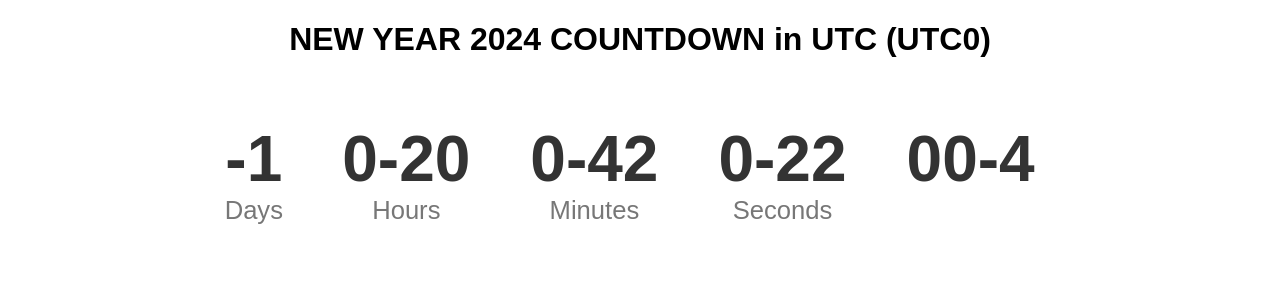
Repository: end888160/end888160.github.io
Page: countdown.html
These files come from the project's save history. The page is drawn as it stood at one moment and after a run of saves; the edit follows.
The browser window is 1280 px wide. The pictures show the whole page.

Above is the page before, as saved 2024-09-22 13:53:14.
Console error: ReferenceError: countdown is not defined

### countdown.html
<!DOCTYPE html>
<html lang="en">
<head>
	<meta charset="UTF-8">
	<meta name="viewport" content="width=device-width, initial-scale=1.0">
	<meta name="description" content="Let's celebrate the New Year!">
	<title>Countdown</title>
	<style>
	.countdown {
		display: flex;
		justify-content: center;
		align-items: center;
		text-align: center;
		font-family: Arial, Helvetica, sans-serif;
		font-size: xx-large;
		margin-top: 5%;
		color: #333;
	}

	.countdown-item {
		margin: 0 10px;
		text-align: center;

	}

	.countdown-value {
		font-size: 2em;
		font-weight: bold;
		padding-left: 20px;
		padding-right: 20px;

	}

	.countdown-label {
		font-size: 0.8em;

		color: #777;
	}
	h1 {
		text-align: center;
		font-family: Arial, Helvetica, sans-serif;
		font-size: xx-large;

	}

	@media (prefers-color-scheme: light) {
		html {
			background-color: white;
			color: black;
		}
		h2 {
			color:white;
		}
	}
	@media (prefers-color-scheme: dark) {
		.countdown-item {
			color: #bbb
		}
		h2 {
			color:black;
		}
		html {
			background-color: black;
			color: white;
		}
	}
	@media only screen and (orientation: portrait) {
		.countdown {
			display: block;
		}
		.countdown-value {
			padding-top: 3px;

		}
		h1 {
			font-size: x-large;
		}
	}
	</style>
</head>
<body>
	<h1 id="header"></h1>
	<div class="countdown">
	<div class="countdown-item">
		<div class="countdown-value" id="days"></div>
		<div class="countdown-label">Days</div>
	</div>
	<div class="countdown-item">
		<div class="countdown-value" id="hours"></div>
		<div class="countdown-label">Hours</div>
	</div>
	<div class="countdown-item">
		<div class="countdown-value" id="minutes"></div>
		<div class="countdown-label">Minutes</div>
	</div>
	<div class="countdown-item">
		<div class="countdown-value" id="seconds"></div>
		<div class="countdown-label">Seconds</div>
	</div>
	<div class="countdown-item">
		<div class="countdown-value" id="mseconds"></div>
		<div class="countdown-label"><br></div>
	</div>
	<div class="countdown-item">




	</div>
</div>

<script>

// Update the count down every 1 second]
if ( new Date().getMonth() + 1 === 1 )  {
    var IfMonth = true
} else {
	var IfMonth = "false"
}
if ( new Date().getDate() === 1 )  {
    var IfDate = true
} else {
	var IfMonth = "false"
}
if ( IfMonth === IfDate ) {
    var countDownTarget = new Date().getFullYear();
} else {
	var countDownTarget = new Date().getFullYear() + 1;
}


var x = setInterval(function countdown() {

	// Set the date we're counting down to
	var countDownDate = new Date("Jan 1, " + countDownTarget + " 00:00:00").getTime();
	var currentTimeZone = Intl.DateTimeFormat().resolvedOptions().timeZone
	var offsetTimeZone = new Date().getTimezoneOffset();
	if (offsetTimeZone > 0){
    offsetTimeZonem = offsetTimeZone - (Math.floor(offsetTimeZone / 60) * 60);
    } else {
      offsetTimeZonem = offsetTimeZone - (Math.ceil(offsetTimeZone / 60) * 60);

    }
    offsetTimeZone = (offsetTimeZone / 60) * (-1);
    if (offsetTimeZone > 0){
       offsetTimeZone = "+" + offsetTimeZone;
    }
    if (offsetTimeZonem < 10){
       offsetTimeZonem = "0" + offsetTimeZonem;
    }

	// Get today's date and time
	var now = new Date().getTime();

	// Find the distance between now and the count down date
	var distance = countDownDate - now;

	// Time calculations for days, hours, minutes and seconds
	var days = Math.floor(distance / (1000 * 60 * 60 * 24));
	var hours = Math.floor((distance % (1000 * 60 * 60 * 24)) / (1000 * 60 * 60));
	var hour = hours < 10 ? "0" + hours : hours;
	var minutes = Math.floor((distance % (1000 * 60 * 60)) / (1000 * 60));
	var minute = minutes < 10 ? "0" + minutes : minutes;
	var seconds = Math.floor((distance % (1000 * 60)) / 1000);
	var second = seconds < 10 ? "0" + seconds : seconds;
	var mseconds = Math.floor(distance % 1000);
	var msecond = mseconds < 10 ? "0" + "0" + mseconds : mseconds < 100 ? "0" + mseconds : mseconds;

	// Display the result in the element with id="countdown"
	document.getElementById("days").innerHTML = days;
	document.getElementById("hours").innerHTML = hour;
	document.getElementById("minutes").innerHTML = minute;
	document.getElementById("seconds").innerHTML = second;
	document.getElementById("mseconds").innerHTML = msecond;
	if ( currentTimeZone === "undefined" ) {
		document.getElementById("header").innerHTML = "NEW YEAR " + countDownTarget + " COUNTDOWN"
	} else {
		document.getElementById("header").innerHTML = "NEW YEAR " + countDownTarget + " COUNTDOWN in " + currentTimeZone + " (UTC" + offsetTimeZone + ")";
	}


	// If the count down is finished, write some text
	if (distance < 0) {
		clearInterval(x);
		document.getElementById("countdown").innerHTML = "HAPPY NEW YEAR!";
	}
	setTimeout(countdown, 1);
}, 0);
document.title = "Countdown to " + countDownTarget;
countdown()
</script>
</body>
</html>

After the next 2 saves:
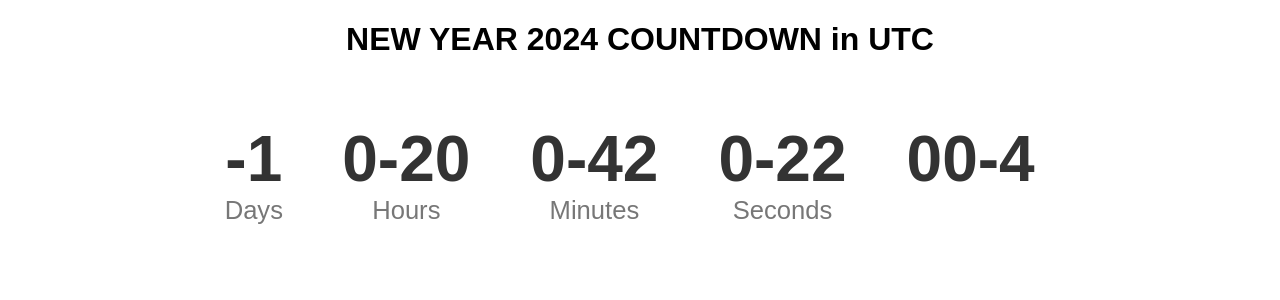
The 2 saves are shown as one change because they came seconds apart.
The last was saved 6 min 50 s later.
--- a/countdown.html
+++ b/countdown.html
@@ -135,19 +135,19 @@ var x = setInterval(function countdown() {
 	var countDownDate = new Date("Jan 1, " + countDownTarget + " 00:00:00").getTime();
 	var currentTimeZone = Intl.DateTimeFormat().resolvedOptions().timeZone
 	var offsetTimeZone = new Date().getTimezoneOffset();
+
 	if (offsetTimeZone > 0){
-    offsetTimeZonem = offsetTimeZone - (Math.floor(offsetTimeZone / 60) * 60);
-    } else {
-      offsetTimeZonem = offsetTimeZone - (Math.ceil(offsetTimeZone / 60) * 60);
+    var offsetTimeZonem = offsetTimeZone - (Math.floor(offsetTimeZone / 60) * 60);
+    } else if (offsetTimeZone < 0){
+      var offsetTimeZonem = offsetTimeZone - (Math.ceil(offsetTimeZone / 60) * 60);
+    }
 
-    }
     offsetTimeZone = (offsetTimeZone / 60) * (-1);
     if (offsetTimeZone > 0){
-       offsetTimeZone = "+" + offsetTimeZone;
-    }
-    if (offsetTimeZonem < 10){
-       offsetTimeZonem = "0" + offsetTimeZonem;
-    }
+       var offsetTimeZone = "+" + offsetTimeZone;
+    } else if (offsetTimeZonem < 10){
+       var offsetTimeZonem = "0" + offsetTimeZonem;
+	}
 
 	// Get today's date and time
 	var now = new Date().getTime();
@@ -172,8 +172,8 @@ var x = setInterval(function countdown() {
 	document.getElementById("minutes").innerHTML = minute;
 	document.getElementById("seconds").innerHTML = second;
 	document.getElementById("mseconds").innerHTML = msecond;
-	if ( currentTimeZone === "undefined" ) {
-		document.getElementById("header").innerHTML = "NEW YEAR " + countDownTarget + " COUNTDOWN"
+	if ( currentTimeZone === "UTC" ) {
+		document.getElementById("header").innerHTML = "NEW YEAR " + countDownTarget + " COUNTDOWN in " + currentTimeZone;
 	} else {
 		document.getElementById("header").innerHTML = "NEW YEAR " + countDownTarget + " COUNTDOWN in " + currentTimeZone + " (UTC" + offsetTimeZone + ")";
 	}
